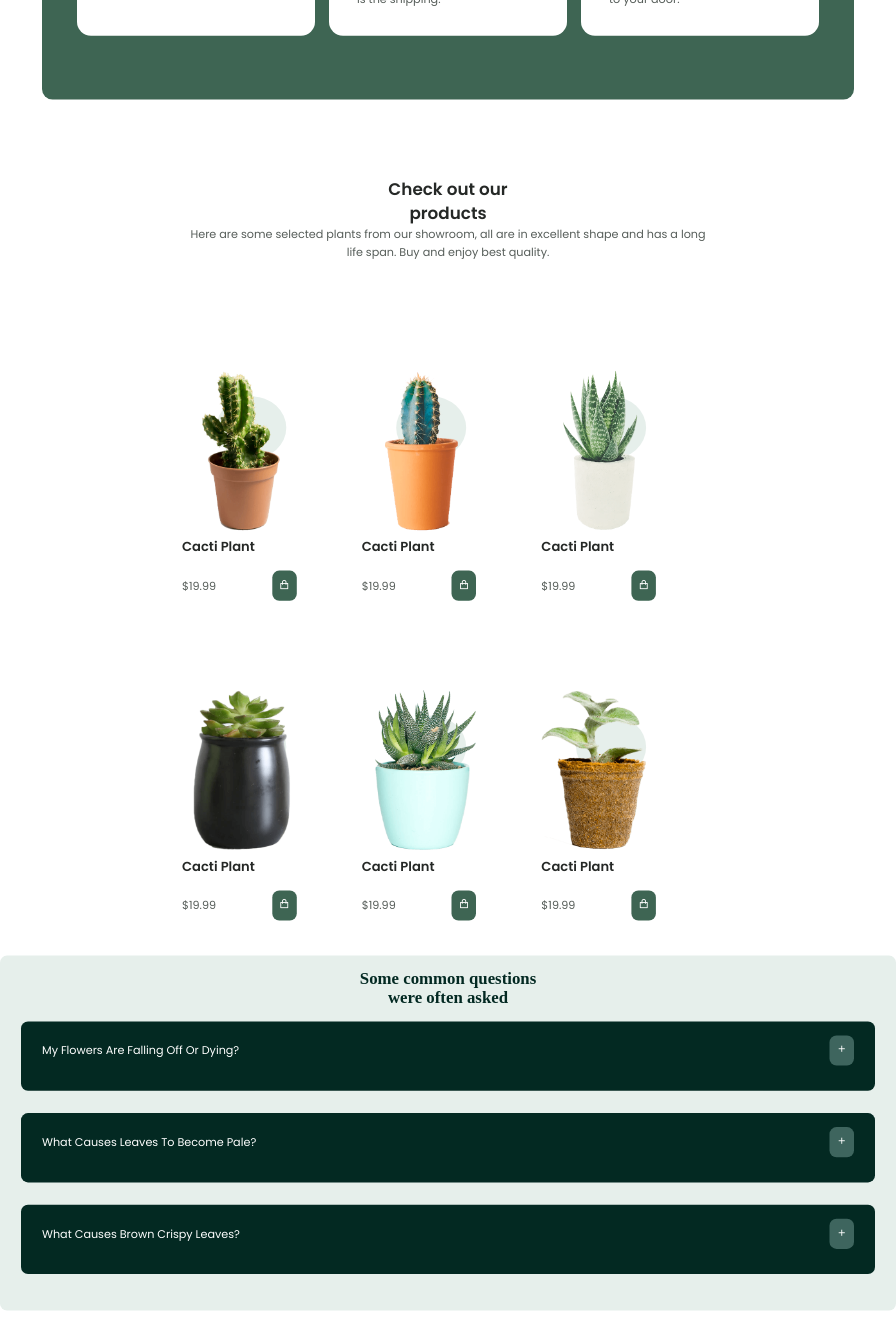
Repository: OmniaRafat232111121/plantwebsite
Page: index.html
The author's editor kept a copy of each file at every save. The page is drawn from the files as they stood at one save, then again after the next save.
The browser window is 1280 px wide. The pictures show the part of the page from y = 1473 to 3393 px (the page is 3379 px tall before and 3393 px after), at 70% of full size.

Above is the page before, as saved 2023-01-05 14:57:26.

After the next save:
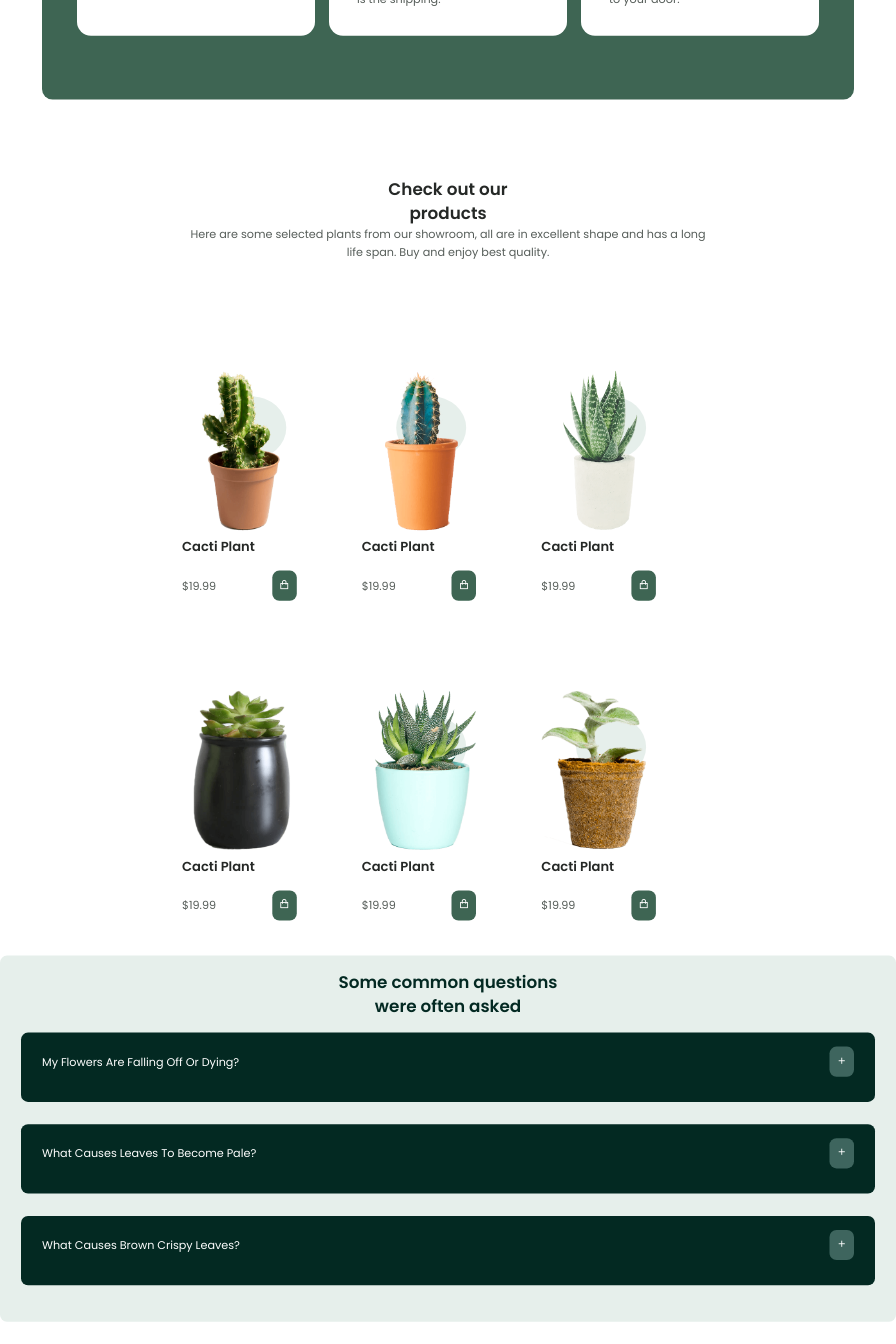
Saved 5 min 9 s later.
--- a/assets/css/styles.css
+++ b/assets/css/styles.css
@@ -587,7 +587,6 @@ margin-top: 40px;
 }
 .question .title h2{
    color: #032922;
-  font-family: "Great Vibes", cursive;
   text-align: center;
 }
 .question-title p {
